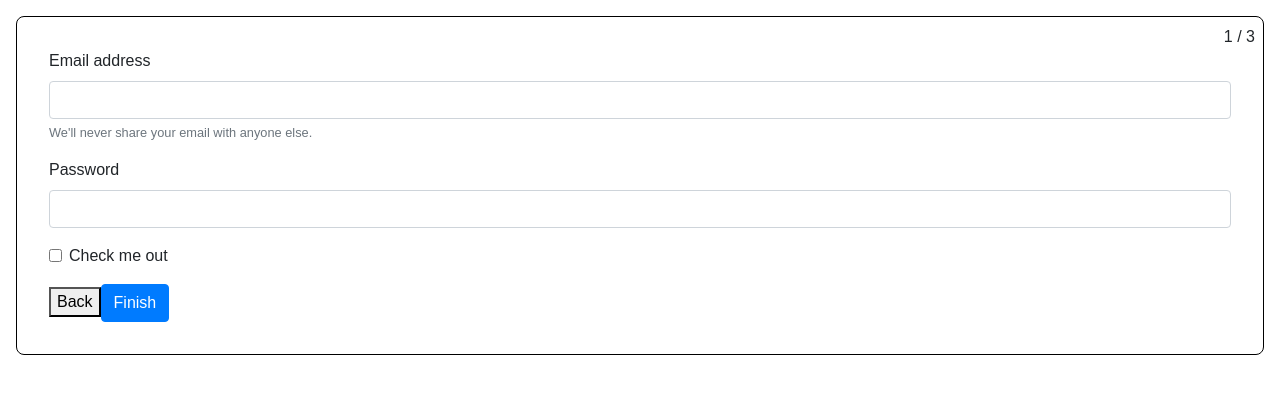
Repository: Aminox84/frontend-main
Page: /
An editor plug-in stored every save of this project. The page is shown before and after the next save, followed by the edit.
The browser window is 1280 px wide. The pictures show the whole page.
The project was rebuilt for these pictures with package versions that can differ from the ones it lists, and the page was loaded fresh each time. Also part of the build but not shown: src/AddressForm.tsx, src/AccountForm.tsx.

Above is the page before, as saved 2022-12-29 19:10:47.

### public/index.html
<!DOCTYPE html>
<html lang="en">
  <head>
    <meta charset="utf-8" />
    <link rel="icon" href="%PUBLIC_URL%/favicon.ico" />
    <meta name="viewport" content="width=device-width, initial-scale=1" />
    <meta name="theme-color" content="#000000" />
    <meta
      name="description"
      content="Web site created using create-react-app"
    />
    <link rel="apple-touch-icon" href="%PUBLIC_URL%/logo192.png" />

    <link rel="manifest" href="%PUBLIC_URL%/manifest.json" />
    <link rel="stylesheet" href="https://cdn.jsdelivr.net/npm/bootstrap@4.4.1/dist/css/bootstrap.min.css" integrity="sha384-Vkoo8x4CGsO3+Hhxv8T/Q5PaXtkKtu6ug5TOeNV6gBiFeWPGFN9MuhOf23Q9Ifjh" crossorigin="anonymous">

    <title>React App</title>
  </head>
  <body>
    <noscript>You need to enable JavaScript to run this app.</noscript>
    <div id="root"></div>
    <script src="https://code.jquery.com/jquery-3.4.1.slim.min.js" integrity="sha384-J6qa4849blE2+poT4WnyKhv5vZF5SrPo0iEjwBvKU7imGFAV0wwj1yYfoRSJoZ+n" crossorigin="anonymous"></script>
    <script src="https://cdn.jsdelivr.net/npm/popper.js@1.16.0/dist/umd/popper.min.js" integrity="sha384-Q6E9RHvbIyZFJoft+2mJbHaEWldlvI9IOYy5n3zV9zzTtmI3UksdQRVvoxMfooAo" crossorigin="anonymous"></script>
    <script src="https://cdn.jsdelivr.net/npm/bootstrap@4.4.1/dist/js/bootstrap.min.js" integrity="sha384-wfSDF2E50Y2D1uUdj0O3uMBJnjuUD4Ih7YwaYd1iqfktj0Uod8GCExl3Og8ifwB6" crossorigin="anonymous"></script>
  </body>
</html>

### src/App.tsx
import React from 'react';
import { useMultistepForm } from './useMultistepForm';
import { AddressForm } from './AddressForm';
import { AccountForm } from './AccountForm';
import { UserForm } from './userForm';


function App() {


const {steps,currentStepIndex,step,isFirstStep,isLastStep,back,next} = useMultistepForm([<UserForm />,<AddressForm />,<AccountForm />])

  return (
    <div style={{position:"relative",background:"white",border:"1px solid  black",padding:"2rem",margin:"1rem",borderRadius:".5rem",fontFamily:"Arial"}}>
      <form>
       <div style={{position:"absolute",top:".5rem",right:".5rem"}}> {currentStepIndex + 1} / {steps.length}</div>
       {step}
       <div style={{marginTop:"1rem",display:"fex",gap:".5rem",justifyContent:"flex-end"}}></div>
       {!isFirstStep && <button type="button" onClick={back}>Back</button>}
       <button type="button" className='btn btn-primary' onClick={next}>{isLastStep ? "Finish" : "Next"}</button>
      </form>
    </div>
  );
}

export default App;

### src/useMultistepForm.ts
import {ReactElement,useState} from 'react'



export function useMultistepForm(steps: ReactElement[]){

const [currentStepIndex, setCurrentStepIndex]=useState(0)

function next(){
setCurrentStepIndex(i=>{
    if ( i > steps.length-1) return i
    return i +1
})
}
function back(){
    setCurrentStepIndex(i=>{
        if ( i <= 0) return i
        return i -1
    })
}
function goTo(index:number){
    setCurrentStepIndex(index);
}





return {
    currentStepIndex,
    step: steps[currentStepIndex],
    goTo,
    next,
    back,
    steps,
    isFirstStep: currentStepIndex!==0,
    isLastStep: steps.length-1,
}

}

### src/userForm.tsx
export function UserForm(){
    return (
        <>
        <form>
  <div className="form-group">
    <label htmlFor="exampleInputEmail1">Email address</label>
    <input type="email" className="form-control" id="exampleInputEmail1" aria-describedby="emailHelp" />
    <small id="emailHelp" className="form-text text-muted">We'll never share your email with anyone else.</small>
  </div>
  <div className="form-group">
    <label htmlFor="exampleInputPassword1">Password</label>
    <input type="password" className="form-control" id="exampleInputPassword1" />
  </div>
  <div className="form-group form-check">
    <input type="checkbox" className="form-check-input" id="exampleCheck1" />
    <label className="form-check-label" htmlFor="exampleCheck1">Check me out</label>
  </div>
</form>
        </>
    )
}

Loaded but not shown: src/index.tsx (common file)

After the next save:
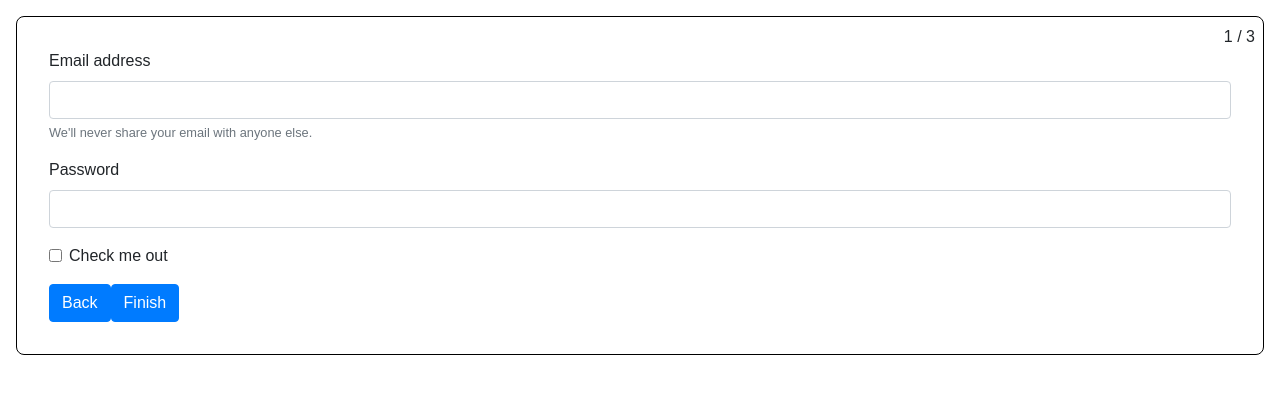
Saved 12 s later.
--- a/src/App.tsx
+++ b/src/App.tsx
@@ -16,7 +16,7 @@ const {steps,currentStepIndex,step,isFirstStep,isLastStep,back,next} = useMultis
        <div style={{position:"absolute",top:".5rem",right:".5rem"}}> {currentStepIndex + 1} / {steps.length}</div>
        {step}
        <div style={{marginTop:"1rem",display:"fex",gap:".5rem",justifyContent:"flex-end"}}></div>
-       {!isFirstStep && <button type="button" onClick={back}>Back</button>}
+       {!isFirstStep && <button className='btn btn-primary' type="button" onClick={back}>Back</button>}
        <button type="button" className='btn btn-primary' onClick={next}>{isLastStep ? "Finish" : "Next"}</button>
       </form>
     </div>
